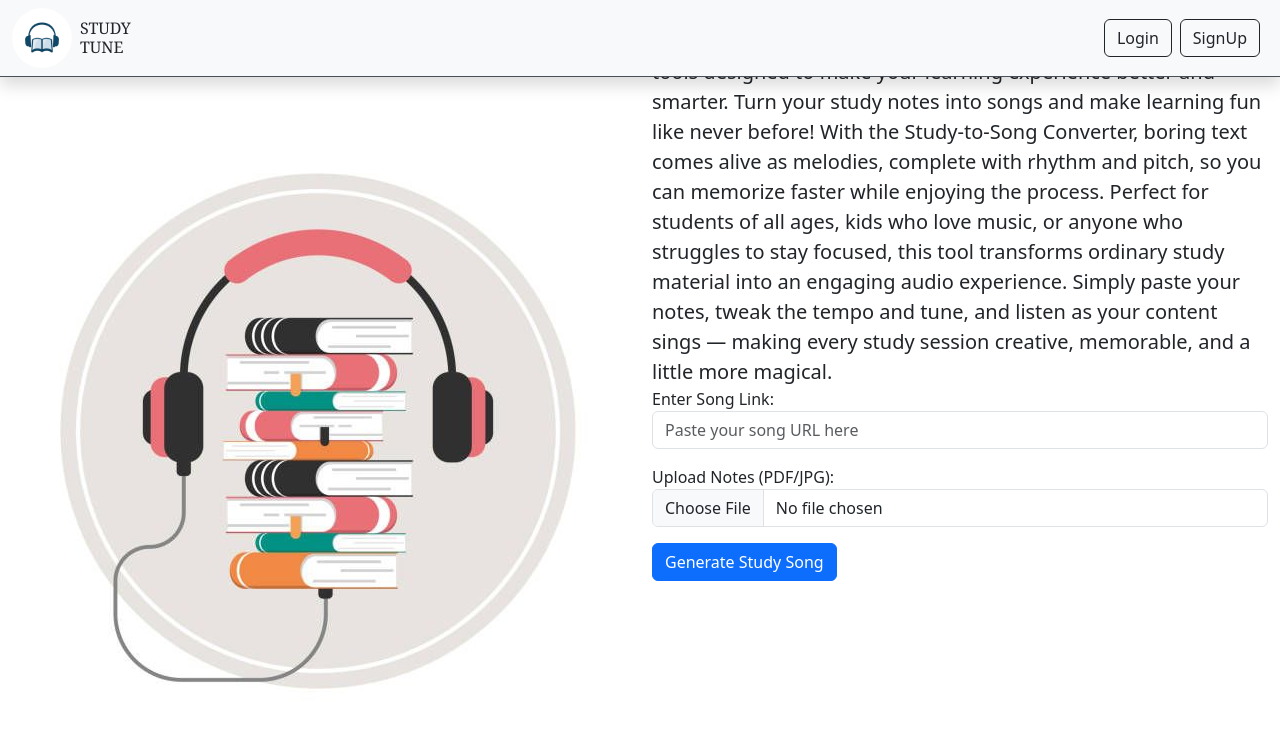
Repository: SpoorthiRaj1908/StudyTune
Page: / (app in frontend/)
The author's editor kept a copy of each file at every save. The page is drawn from the files as they stood at one save, then again after the next save.
The browser window is 1280 px wide. The pictures show the whole page.
Some web libraries are served in a nearby version. The project was rebuilt for these pictures with package versions that can differ from the ones it lists, and the page was loaded fresh each time. Also part of the build but not shown: frontend/vite.config.js.

Above is the page before, as saved 2025-10-13 22:06:07.

### frontend/index.html
<!doctype html>
<html lang="en">
  <head>
    <meta charset="UTF-8" />
    <link rel="icon" type="image/svg+xml" href="/vite.svg" />
    <link
  href="https://cdn.jsdelivr.net/npm/bootstrap@5.3.3/dist/css/bootstrap.min.css"
  rel="stylesheet"
  integrity="sha384-QWTKZyjpPEjISv5WaRU9OFeRpok6YctnYmDr5pNlyT2bRjXh0JMhjY6hW+ALEwIH"
  crossorigin="anonymous"
/>

    <meta name="viewport" content="width=device-width, initial-scale=1.0" />
    <title>Vite + React</title>
  </head>
  <body>
    <div id="root"></div>
    <script type="module" src="/src/main.jsx"></script>
    <script
  src="https://cdn.jsdelivr.net/npm/bootstrap@5.3.3/dist/js/bootstrap.bundle.min.js"
  integrity="sha384-YvpcrYf0tY3lHB60NNkmXc5s9fDVZLESaAA55NDzOxhy9GkcIdslK1eN7N6jIeHz"
  crossorigin="anonymous"
></script>
<script src="https://cdn.tailwindcss.com"></script>


  </body>
</html>

### frontend/src/main.jsx
import { StrictMode } from 'react'
import { createRoot } from 'react-dom/client'
import Navbar from './Home/Navbar.jsx'
import Body from './Home/Body.jsx'

createRoot(document.getElementById('root')).render(
  <StrictMode>
    <Navbar></Navbar>
    <Body></Body>
  </StrictMode>,
)

### frontend/src/Home/Navbar.jsx
function Navbar() {
  return (
    <>
      <nav
        className="navbar bg-light border-bottom border-body sticky-top shadow"
        data-bs-theme="dark"
      >
        <div className="container-fluid d-flex align-items-center">
          <div className="d-flex align-items-center">
            <img
              style={{ height: "60px", width: "60px", borderRadius: "50%" }}
              className="me-2"
              src="/Descargar icono de vector de audiolibro en blanco gratis.jpeg"
              alt="Audiobook icon"
            />
            <h4 className="text-dark m-0" class="font-serif ">
              STUDY <br /> TUNE
            </h4>
          </div>

          <button type="button" className="btn btn-outline-dark ms-auto me-2">
            Login
          </button>
         <button type="button" className="btn btn-outline-dark me-2">
  SignUp
</button>

        </div>
      </nav>
    </>
  );
}

export default Navbar;

### frontend/src/Home/Body.jsx
function Body() {
  return (
    <div className="container mt-5">
      <div className="row align-items-center">
        {/* Left side — image */}
        <div className="col-md-6 text-center">
          <img src="/Où trouver les meilleurs livres audio _.jpeg"></img>
        </div>

        {/* Right side — text/content */}
        <div className="col-md-6" style={{ marginTop: "-320px" }}>
          <h1
            className="text-dark fw-bold mb-4 mt-1"
            class="font-serif "
            style={{ fontSize: "30px" }}
          >
            STUDY TUNE
          </h1>
          <p
            className="text-secondary"
            style={{ fontSize: "20px" }}
            class="font-sans"
          >
            Welcome to <strong>Study Tune</strong> — your personalized study
            companion. Explore curated study materials, audio lessons, and
            interactive tools designed to make your learning experience better
            and smarter. Turn your study notes into songs and make learning fun
            like never before! With the Study-to-Song Converter, boring text
            comes alive as melodies, complete with rhythm and pitch, so you can
            memorize faster while enjoying the process. Perfect for students of
            all ages, kids who love music, or anyone who struggles to stay
            focused, this tool transforms ordinary study material into an
            engaging audio experience. Simply paste your notes, tweak the tempo
            and tune, and listen as your content sings — making every study
            session creative, memorable, and a little more magical.
          </p>
          <form>
            <label htmlFor="song-link">Enter Song Link:</label>
            <input
              type="url"
              id="song-link"
              name="song-link"
              placeholder="Paste your song URL here"
              className="form-control mb-3"
              required
            />

            <label htmlFor="notes-upload">Upload Notes (PDF/JPG):</label>
            <input
              type="file"
              id="notes-upload"
              name="notes-upload"
              accept=".pdf,.jpg,.jpeg,.png"
              className="form-control mb-3"
              required
            />

            <button type="submit" className="btn btn-primary">
              Generate Study Song
            </button>
          </form>
        </div>
      </div>
    </div>
  );
}

export default Body;

After the next save:
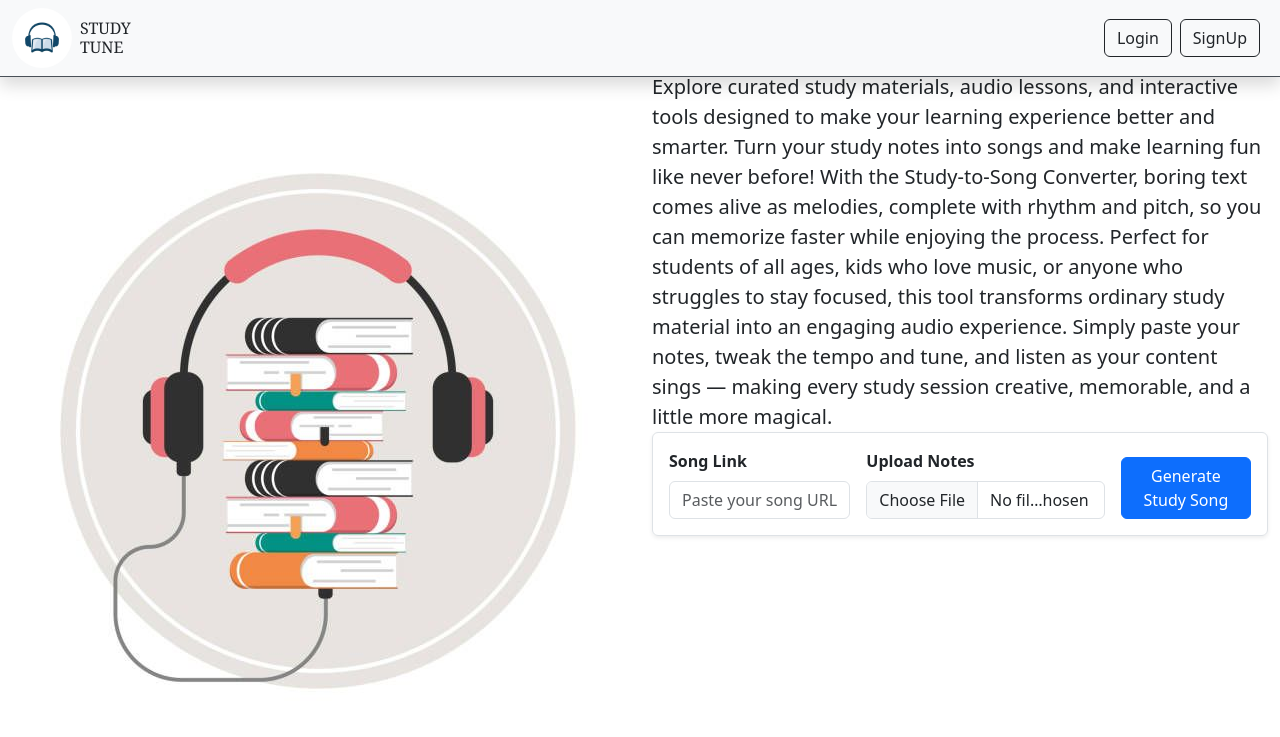
Saved 65 s later.
--- a/frontend/src/Home/Body.jsx
+++ b/frontend/src/Home/Body.jsx
@@ -34,30 +34,43 @@
             and tune, and listen as your content sings — making every study
             session creative, memorable, and a little more magical.
           </p>
-          <form>
-            <label htmlFor="song-link">Enter Song Link:</label>
-            <input
-              type="url"
-              id="song-link"
-              name="song-link"
-              placeholder="Paste your song URL here"
-              className="form-control mb-3"
-              required
-            />
+          <form className="d-flex gap-3 p-3 border rounded shadow-sm">
+            {/* Song URL input */}
+            <div className="flex-grow-1">
+              <label htmlFor="song-link" className="form-label fw-bold">
+                Song Link
+              </label>
+              <input
+                type="url"
+                id="song-link"
+                name="song-link"
+                placeholder="Paste your song URL here"
+                className="form-control"
+                required
+              />
+            </div>
 
-            <label htmlFor="notes-upload">Upload Notes (PDF/JPG):</label>
-            <input
-              type="file"
-              id="notes-upload"
-              name="notes-upload"
-              accept=".pdf,.jpg,.jpeg,.png"
-              className="form-control mb-3"
-              required
-            />
+            {/* Notes upload input */}
+            <div className="flex-grow-1">
+              <label htmlFor="notes-upload" className="form-label fw-bold">
+                Upload Notes
+              </label>
+              <input
+                type="file"
+                id="notes-upload"
+                name="notes-upload"
+                accept=".pdf,.jpg,.jpeg,.png"
+                className="form-control"
+                required
+              />
+            </div>
 
-            <button type="submit" className="btn btn-primary">
-              Generate Study Song
-            </button>
+            {/* Submit button */}
+            <div className="align-self-end">
+              <button type="submit" className="btn btn-primary mt-2">
+                Generate Study Song
+              </button>
+            </div>
           </form>
         </div>
       </div>
